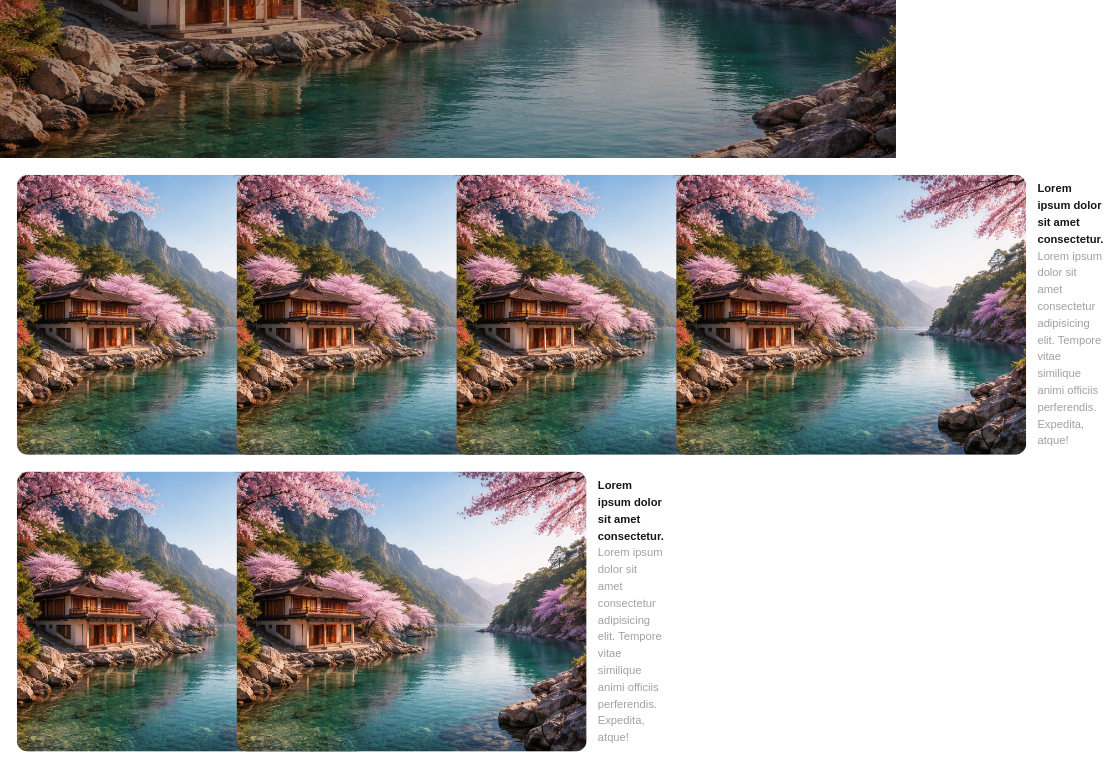
Repository: pedroantoniosi/tripicon-site
Page: /home
The author's editor kept a copy of each file at every save. The page is drawn from the files as they stood at one save, then again after the next save.
The browser window is 1280 px wide. The page is 1584 px wide, then 1280 px, so the pictures cover 1584 px, including what lies to the right of the window. The pictures show the part of the page from y = 494 to 2054 px (the page is 1592 px tall before and 2888 px after), at 70% of full size.
The project was rebuilt for these pictures with package versions that can differ from the ones it lists, and the page was loaded fresh each time. The framework's server and built-in components were replaced by stand-ins that run in the browser. Also part of the build but not shown: next.config.ts.

Above is the page before, as saved 2026-04-01 21:06:58.

### src/app/layout.tsx
import type { Metadata } from "next";
import { Geist, Geist_Mono } from "next/font/google";
import "./globals.css";

const geistSans = Geist({
  variable: "--font-geist-sans",
  subsets: ["latin"],
});

const geistMono = Geist_Mono({
  variable: "--font-geist-mono",
  subsets: ["latin"],
});

export const metadata: Metadata = {
  title: "Create Next App",
  description: "Generated by create next app",
};

export default function RootLayout({
  children,
}: Readonly<{
  children: React.ReactNode;
}>) {
  return (
    <html
      lang="en"
      className={`${geistSans.variable} ${geistMono.variable} h-full antialiased`}
    >
      <body className="min-h-full flex flex-col">{children}</body>
    </html>
  );
}

### src/app/home/page.tsx
"use client";
import styles from "./page.module.css";
import Searchbar from "@/components/searchbar/searchbar";
import Container from "@/components/Container/Container";
import Image from "next/image";
// import Slider from "@/components/Slider/Slider";

// const trips = [
//   { title: "", image: "/images/banner.png" },
//   { title: "", image: "/images/banner.png" },
//   { title: "", image: "/images/banner.png" },
// ];

// const reviews = [
//   {
//     name: "Mariana Souza",
//     text: "Viajar para Kyoto sempre foi um sonho, mas eu não fazia ideia de por onde começar. A plataforma montou tudo pra mim e a experiência foi simplesmente perfeita.",
//     stars: 5,
//   },
//   {
//     name: "Lucas Ferreira",
//     text: "Fiquei impressionado com a organização. Desde Tokyo até Osaka, tudo foi muito bem planejado. Zero dor de cabeça.",
//     stars: 5,
//   },
//   {
//     name: "Camila Ribeiro",
//     text: "Eu queria uma viagem mais cultural e menos turística, e eles acertaram exatamente no que eu buscava. Kyoto foi o ponto alto da viagem.",
//     stars: 5,
//   },
//   {
//     name: "Rafael Martins",
//     text: "Foi minha primeira viagem internacional e eu estava inseguro. O suporte foi excelente do começo ao fim, principalmente durante a estadia em Tokyo.",
//     stars: 5,
//   },
//   {
//     name: "Juliana Costa",
//     text: "Consegui montar um roteiro completo em poucos minutos. A experiência no Monte Fuji foi inesquecível. Recomendo muito.",
//     stars: 5,
//   },
// ];

export default function Home() {
  return (
    <>
      {/* Sessão Inicial  Principal */}
      <section className={styles.heroContainer}>
        <div className={`${styles.heroCaption} col gap-2`}>
          <h1 className="text-4xl  text-center">
            {" "}
            Viaje com propósito. Explore com liberdade
          </h1>
          <p className="text-md lg:text-2xl text-center m-[12]">
            Experiências únicas, roteiros inteligentes e viagens planejadas nos
            mínimos detalhes.
          </p>
          <Searchbar />
        </div>
      </section>

      {/* Sessão de Novidades */}
      <Container>
        <section
          className={`${styles.featuresContainer} grid grid-cols-2 md:grid-cols-4 p-2 gap-2 lg:p-6 lg:gap-6`}
        >
          {Array.from({ length: 6 }).map((_, index) => (
            <div key={index} className={`${styles.card} flex gap-2 `}>
              <Image
                className=" lg:max-w-[unset] rounded-2xl"
                src="/images/banner.png"
                alt="Banner"
                width={500}
                height={300}
              />
              <div className={`${styles.caption} md:content-end p-2`}>
                <h2 className="font-bold font">
                  Lorem ipsum dolor sit amet consectetur.
                </h2>
                <p className={`${styles.text} text-neutral-400 max-w-[500px]`}>
                  Lorem ipsum dolor sit amet consectetur adipisicing elit.
                  Tempore vitae similique animi officiis perferendis. Expedita,
                  atque!
                </p>
              </div>
            </div>
          ))}
        </section>

        {/* Sessão de planos de viagens */}
        {/* <section className="p-2 lg:p-8">
          <h2 className="font-bold text-3xl py-2">Conheça Nossas Viagens</h2>
          <div>
            <Slider
              data={trips}
              slidesPerView={{
                mobile: 1,
                tablet: 2,
                desktop: 3,
              }}
              autoplay
              loop
              renderItem={(item) => (
                <div className="rounded-xl overflow-hidden shadow">
                  <img
                    src={item.image}
                    alt={item.title}
                    className="w-full h-[400px] object-cover"
                  />
                  <h2 className="p-4 font-bold">{item.title}</h2>
                </div>
              )}
            />
          </div>
        </section> */}

        {/* Sessão de planos de viagens */}
        {/* <section className="p-2 lg:p-8">
          <h2 className="font-bold text-3xl py-2">Escolha sua nova aventura</h2>
          <div>
            <Slider
              data={trips}
              slidesPerView={{
                mobile: 1,
                tablet: 2,
                desktop: 3,
              }}
              autoplay
              loop
              renderItem={(item) => (
                <div className="rounded-xl overflow-hidden shadow">
                  <img
                    src={item.image}
                    alt={item.title}
                    className="w-full h-[400px] object-cover"
                  />
                  <h2 className="p-4 font-bold">{item.title}</h2>
                </div>
              )}
            />
          </div>
        </section> */}

        {/* Sessão de planos de viagens */}
        {/* <div className="p-2 lg:p-8">
          <div className="flex flex-wrap gap-2">
            <Slider
              data={reviews}
              slidesPerView={{
                mobile: 1.2,
                tablet: 2,
                desktop: 3,
              }}
              autoplay
              loop
              renderItem={(item) => (
                <div className="rounded-xl overflow-hidden shadow flex flex-col gap-2 bg-stone-900  p-2 rounded-2xl">
                  <div className="flex gap-1">
                    {Array.from({ length: item.stars }).map((_, index) => (
                      <i
                        key={index}
                        className="bi bi-star-fill text-yellow-300"
                      ></i>
                    ))}
                  </div>
                  <h2 className="font-bold">{item.name}</h2>
                  <p>{item.text}</p>
                </div>
              )}
            />
          </div>
        </div> */}
      </Container>
    </>
  );
}

### src/app/globals.css
@import "tailwindcss";
@import "bootstrap-icons/font/bootstrap-icons.css";


:root {
  --background: #ffffff;
  --foreground: #171717;
  --primaryColor: #
}

@media (prefers-color-scheme: dark) {
  :root {
    --background: #0a0a0a;
    --foreground: #ededed;
  }
}

body {
  background: var(--background);
  color: var(--foreground);
  font-family: Arial, Helvetica, sans-serif;
}

### src/app/home/page.module.css
.heroContainer {
    padding: 1rem;
    position: relative;
    display: grid;
    place-items: center;
    z-index: 1;
    min-height: 70svh;

    &::after {
        content: ' ';
        position: absolute;
        width: 100%;
        height: 100%;
        left: 0;
        bottom: 0;
        background-image: url('/images/banner.png');
        background-size: cover;
        z-index: -1;
        filter: brightness(70%);
    }

    & .heroTitle {
        max-width: 1024px;
        text-align: center;
    }
}


@media (min-width: 1024px) {
    .heroContainer {
        padding: 2rem;
        min-height: 100vh;
    }

    .heroContainer .heroTitle {
        max-width: 1200px;
    }
}

@media (max-width: 768px) {
    .featuresContainer {
        & .card {
            position: relative;

            & .caption {
                width: 100%;
                position: absolute;
                bottom: 0;
                z-index: 1;

                & .text {
                    display: none;
                }
            }
        }
    }

}

### src/components/searchbar/searchbar.tsx
export default function searchbar() {
  return (
    <>
      <div className="p-[.5rem] bg-white rounded-full flex justify-between m-auto max-w-[768px]">
        <input
          className="p-1 text-black outline-none border-none"
          type="text"
          placeholder="O que você está procuranpo?"
        />
        <button className="bg-orange-400 px-2 rounded-full">Pesquisar</button>
      </div>
    </>
  );
}

### src/components/Container/Container.tsx
import React from "react";

type ContainerProps = {
  children?: React.ReactNode;
};

export default function Container({ children }: ContainerProps) {
  return <div className="max-w-[1640px] m-auto">{children}</div>;
}

After the next save:
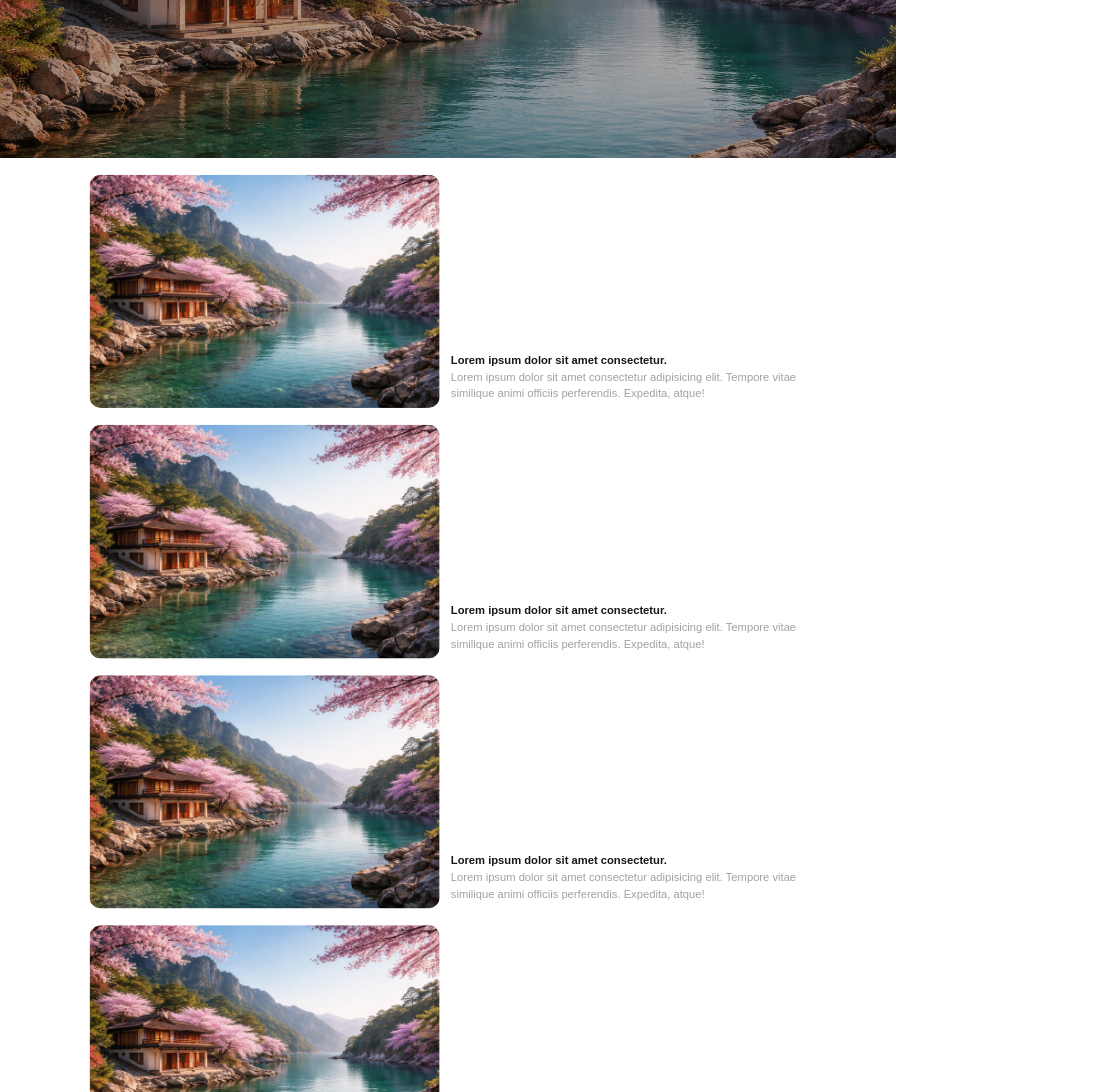
Saved 49 s later.
--- a/src/app/home/page.tsx
+++ b/src/app/home/page.tsx
@@ -60,7 +60,7 @@ export default function Home() {
       {/* Sessão de Novidades */}
       <Container>
         <section
-          className={`${styles.featuresContainer} grid grid-cols-2 md:grid-cols-4 p-2 gap-2 lg:p-6 lg:gap-6`}
+          className={`${styles.featuresContainer} grid grid-cols-2 md:grid-cols-1 p-2 gap-2 lg:p-6 lg:gap-6`}
         >
           {Array.from({ length: 6 }).map((_, index) => (
             <div key={index} className={`${styles.card} flex gap-2 `}>
